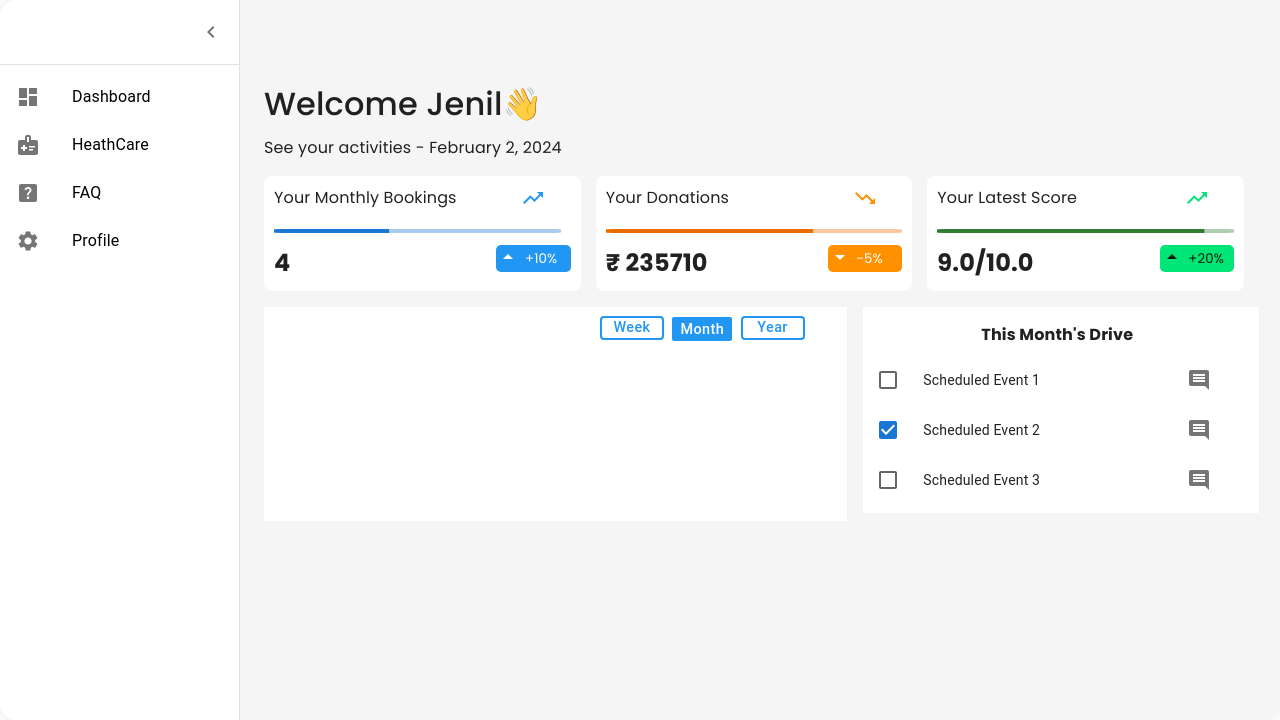
Repository: shubhampirate/Google_Solutions_Edural
Page: /dashboard
An editor plug-in stored every save of this project. The page is shown before and after the next save, followed by the edit.
The browser window is 1280 px wide. The pictures show the whole page.
The page's requests for data from a server got no answer. The project was rebuilt for these pictures with package versions that can differ from the ones it lists, and the page was loaded fresh each time. Some packages were replaced by stand-ins written for this rebuild. No one was signed in, and anything a server would have sent is missing. Also part of the build but not shown: src/Components/CustomButton.jsx, src/Components/Navbar.jsx, src/Components/Footer.jsx, src/Components/CongratsCard.jsx, src/pages/Hero/Hero.jsx, src/pages/Sign_in.jsx.

Above is the page before, as saved 2024-02-03 17:44:18.

### src/index.js
import React from "react";
import ReactDOM from "react-dom/client";
import "./index.css";
import { GoogleOAuthProvider } from '@react-oauth/google';
import App from "./App";
import { BrowserRouter } from "react-router-dom";
const root = ReactDOM.createRoot(
    document.getElementById("root"));
root.render(
    <BrowserRouter>
<GoogleOAuthProvider clientId="730379698185-cv7a59sok9sod43v04ee6g6pt4gtaea2.apps.googleusercontent.com">
        {/* <React.StrictMode> */}
            <App />
        {/* </React.StrictMode> */}
    </GoogleOAuthProvider>
    </BrowserRouter>

);

### src/App.jsx
import Hero from "./pages/Hero/Hero";
import Dashboard from "./pages/Dashboard/Dashboard";
import SignIn from "./pages/Sign_in";
import {useState} from "react";
import { Route, Routes } from "react-router-dom";
function App() {
  return (
    <>
      {/* <Hero />   */}
      {/* <SignIn /> */}
      <Routes>
        <Route path="/signin" element={<><SignIn /></>} />
        <Route path="/dashboard" element={<><Dashboard /></>} />
        {/* <Route path="/education" element={<><Education /></>} /> */}
        {/* <Route path="/health" element={<><Health /></>} /> */}
        {/* <Route path="/profile" element={<><Profile /></>} /> */}
        {/* <Route path="/finance" element={<><Finance /></>} /> */}
        {/* <Route path="/questions" element={<><Questions /></>} /> */}
        {/* <Route path="/retireaibot" element={<><Bot /></>} /> */}
        <Route path="/" element={<><Hero /></>} />
      </Routes>
         </>
  );
}

export default App;

### src/pages/Dashboard/Dashboard.jsx
import * as React from 'react';
import { styled, createTheme, ThemeProvider } from '@mui/material/styles';
import CssBaseline from '@mui/material/CssBaseline';
import MuiDrawer from '@mui/material/Drawer';
import Box from '@mui/material/Box';
import MuiAppBar from '@mui/material/AppBar';
import Toolbar from '@mui/material/Toolbar';
import {
  LinearProgress, ListItem, CircularProgress, Checkbox, ListItemText, Dialog, DialogActions, DialogContent,
  DialogContentText, DialogTitle, ListItemIcon, ListItemButton
} from '@mui/material';
import TrendingUpIcon from '@mui/icons-material/TrendingUp';
// import { PieChart } from '@mui/x-charts/PieChart';
// import { useDrawingArea } from '@mui/x-charts/hooks';
import TrendingDownIcon from '@mui/icons-material/TrendingDown';
import List from '@mui/material/List';
import Divider from '@mui/material/Divider';
import IconButton from '@mui/material/IconButton';
import ArrowDropUpIcon from '@mui/icons-material/ArrowDropUp';
import ArrowDropDownIcon from '@mui/icons-material/ArrowDropDown';
import Grid from '@mui/material/Grid';
import MenuIcon from '@mui/icons-material/Menu';
import ChevronLeftIcon from '@mui/icons-material/ChevronLeft';
import { mainListItems } from '../../Components/listItems';
import axios from 'axios';
import Button from '@mui/material/Button';
import CommentIcon from '@mui/icons-material/Comment';
import Swal from 'sweetalert2';
import { useState } from 'react';
import { useEffect } from 'react';
// import { Bar } from "react-chartjs-2";
// import { BarElement, CategoryScale, Chart as ChartJS, Legend, LinearScale, Title, Tooltip } from "chart.js";
// import GoogleTranslateComponent from '../../Components/GoogleTranslateComponent';
// import csacc from "../../media/csacc.png"
// import creditscoremodel from "../../media/creditscoremodel.png"
// import creditflow from "../../media/creditflowchart.png"
// ChartJS.register(CategoryScale, LinearScale, BarElement, Title, Tooltip, Legend);

const drawerWidth = 240;

const AppBar = styled(MuiAppBar, {
  shouldForwardProp: (prop) => prop !== 'open',
})(({ theme, open }) => ({
  zIndex: theme.zIndex.drawer + 1,
  transition: theme.transitions.create(['width', 'margin'], {
    easing: theme.transitions.easing.sharp,
    duration: theme.transitions.duration.leavingScreen,
  }),
  ...(open && {
    marginLeft: drawerWidth,
    width: `calc(100% - ${drawerWidth}px)`,
    transition: theme.transitions.create(['width', 'margin'], {
      easing: theme.transitions.easing.sharp,
      duration: theme.transitions.duration.enteringScreen,
    }),
  }),
}));

const Drawer = styled(MuiDrawer, { shouldForwardProp: (prop) => prop !== 'open' })(
  ({ theme, open }) => ({
    '& .MuiDrawer-paper': {
      position: 'relative',
      whiteSpace: 'nowrap',
      width: drawerWidth,
      transition: theme.transitions.create('width', {
        easing: theme.transitions.easing.sharp,
        duration: theme.transitions.duration.enteringScreen,
      }),
      boxSizing: 'border-box',
      ...(!open && {
        overflowX: 'hidden',
        transition: theme.transitions.create('width', {
          easing: theme.transitions.easing.sharp,
          duration: theme.transitions.duration.leavingScreen,
        }),
        width: theme.spacing(7),
        [theme.breakpoints.up('sm')]: {
          width: theme.spacing(9),
        },
      }),
    },
  }),
);

var currentDate = new Date();

var months = [
  "January", "February", "March", "April", "May", "June",
  "July", "August", "September", "October", "November", "December"
];

var formattedDate = months[currentDate.getMonth()] + " " + currentDate.getDate() + ", " + currentDate.getFullYear();

const defaultTheme = createTheme();

export default function Dashboard() {
  const [open, setOpen] = React.useState(true);
  const toggleDrawer = () => {
    setOpen(!open);
  };

  const [expensedata, setExpensedata] = useState([])

  useEffect(() => {
    loadList();
  }, []);


  const loadList = async () => {
    const result = await axios.get(`https://wixstocle.pythonanywhere.com/api/expense/`, {
      headers: { "Authorization": `Token 11c868750d92deda81638c5a9a59177bdc7ae41a` },
    });
    console.log(result.data.data);
    setExpensedata(result.data.data);
  }

  const getLabels = () => expensedata.slice(-5).map(data => data.date);

  const getData = (key) => expensedata.slice(-5).map(data => data[key]);

  const optionsexpense = {
    indexAxis: 'x',
    elements: {
      bar: {
        borderWidth: 0,
      },
    },
    responsive: true,
    interaction: {
      mode: 'index',
      intersect: false,
    },
    scales: {
      x: {
        stacked: false,
      },
      y: {
        stacked: false,
      },
    },
    plugins: {
      legend: {
        position: 'top',
      }
    },
  };

  const dataexpense = {
    labels: getLabels(),
    datasets: [
      {
        label: 'Revenue',
        data: getData('income'),
        backgroundColor: '#2196f3',
      },
      {
        label: 'Spendings',
        data: getData('expense'),
        backgroundColor: '#ff9100',
      },
      {
        label: 'Savings',
        data: getData('savings'),
        backgroundColor: '#00e676',
      },
    ],
  };

  const today = new Date();
  const year = today.getFullYear();
  const month = String(today.getMonth() + 1).padStart(2, '0'); // Months are zero-based
  const day = String(today.getDate()).padStart(2, '0');

  const todayDate = `${year}-${month}-${day}`;

  const [userData, setUserData] = React.useState({
    income: '',
    savings: '',
    expense: '',
    date: todayDate,
    user: "tony@gmail.com"
  });

  const handleChangePlan = (field, value) => {
    setUserData((prevData) => ({ ...prevData, [field]: value }));
  };
  const creditscore = 87.4;

  const handlePostData = () => {
    console.log(userData);
    fetch(`https://wixstocle.pythonanywhere.com/api/expense/`, {
      method: 'POST',
      headers: {
        "Authorization": `Token 11c868750d92deda81638c5a9a59177bdc7ae41a`,
        'Content-Type': 'application/json',
      },
      body: JSON.stringify(userData),
    })
      .then((response) => response.json())
      .then((data) => {
        // console.log(data);
        if (data.status == true) {
          Swal.fire({
            icon: 'success',
            title: 'Successfully Saved the details',
            showConfirmButton: false,
            timer: 3000
          })
          setExpensedata([...expensedata, userData]);
        }
        else {
          Swal.fire({
            icon: 'error',
            title: data.message,
            showConfirmButton: false,
            timer: 3000
          })
        }
      });
  };


//   function PieCenterLabel({ children }) {
//     const { width, height, left, top } = useDrawingArea();
//     return (
//       <StyledText x={left + width / 2} y={top + height / 2}>
//         {children}
//       </StyledText>
//     );
//   }

  const [checked, setChecked] = React.useState([1]);

  const handleToggle = (value) => () => {
    const currentIndex = checked.indexOf(value);
    const newChecked = [...checked];

    if (currentIndex === -1) {
      newChecked.push(value);
    } else {
      newChecked.splice(currentIndex, 1);
    }

    setChecked(newChecked);
  };
  return (
    <ThemeProvider theme={defaultTheme}>
      <Box sx={{ display: 'flex', borderRadius: '16px', overflow: 'hidden', boxShadow: '0px 0px 10px rgba(0, 0, 0, 0.1)' }} >
        <CssBaseline />
        <AppBar position="absolute" open={open} sx={{ backgroundColor: "whitesmoke", boxShadow: 'none' }}>
          <Toolbar
            sx={{
              pr: '24px', // keep right padding when drawer closed
              display: 'flex',
              alignItems: 'center',
              justifyContent: 'space-between',
            }}>
            <Box sx={{ display: 'flex', alignItems: 'center' }}>
              <IconButton
                edge="start"
                aria-label="open drawer"
                onClick={toggleDrawer}
                sx={{
                  marginRight: '36px',
                  ...(open && { display: 'none' }),
                  backgroundColor: "#fff"
                }}>
                <MenuIcon />
              </IconButton>
            </Box>
          </Toolbar>
        </AppBar>
        <Drawer variant="permanent" open={open}>
          <Toolbar
            sx={{
              display: 'flex',
              alignItems: 'center',
              justifyContent: 'flex-end',
              px: [1],
            }}
          >
            {/* <GoogleTranslateComponent /> */}
            <IconButton onClick={toggleDrawer}>
              <ChevronLeftIcon />
            </IconButton>
          </Toolbar>
          <Divider />
          <List component="nav">
            {mainListItems}
          </List>
        </Drawer>
        <Box
          component="main"
          sx={{
            backgroundColor: (theme) =>
              theme.palette.mode === 'light'
                ? theme.palette.grey[100]
                : theme.palette.grey[900],
            flexGrow: 1,
            height: '100vh',
            overflow: 'auto',
          }}>
          <Toolbar />
          <Grid container spacing={2} marginTop="0.02rem" paddingLeft={3} paddingRight={2}>
            <Grid item xs={12}>
              <div style={{ fontSize: "2rem", fontWeight: "500" }}>Welcome Jenil👋  </div>
            </Grid>
            <Grid item xs={12} marginTop="-0.5rem">
              <div> See your activities - {formattedDate} </div>
            </Grid>
          </Grid>
          <Grid container spacing={2} marginTop="1rem" paddingLeft={5} paddingRight={2}>
            <Grid item xs={12} md={3.8} style={{ backgroundColor: "white", padding: "10px", marginRight: "15px", borderRadius: "0.5rem" }}>
              <Grid item xs={12}>
                <Grid container>
                  <Grid item xs={10}><div>Your Monthly Bookings</div></Grid>
                  <Grid item xs={2}><TrendingUpIcon sx={{ color: "#2196f3" }} /></Grid>
                </Grid>
                <Grid item xs={12}>
                  <LinearProgress variant="determinate" value={40} sx={{ color: "#2196f3", borderRadius: "10%", margin: "12px 10px 12px 0px" }} />
                </Grid>
                <Grid item xs={12}>
                  <Grid container>
                    <Grid item xs={9}>
                       <div style={{ fontSize: "1.5rem", fontWeight: "550" }}> 4</div>
                    </Grid>
                    <Grid item xs={3} style={{ backgroundColor: "#2196f3", color: "white", borderRadius: "5px", height: "1.65rem" }}>
                      <ArrowDropUpIcon /> <sup>+10%</sup>
                    </Grid>
                  </Grid>
                </Grid>
              </Grid>
            </Grid>
            <Grid item xs={12} md={3.8} style={{ backgroundColor: "white", padding: "10px", marginRight: "15px", borderRadius: "0.5rem" }}>
              <Grid item xs={12}>
                <Grid container>
                  <Grid item xs={10}><div>Your Donations</div></Grid>
                  <Grid item xs={2}><TrendingDownIcon sx={{ color: "#ff9100" }} /></Grid>
                </Grid>
                <Grid item xs={12}>
                  <LinearProgress variant="determinate" value={70} color='warning' sx={{ borderRadius: "10%", margin: "12px 0px" }} />
                </Grid>
                <Grid item xs={12}>
                  <Grid container>
                    <Grid item xs={9}>
                   <div style={{ fontSize: "1.5rem", fontWeight: "550" }}>₹ 235710</div>
                    </Grid>
                    <Grid item xs={3} style={{ backgroundColor: "#ff9100", color: "white", borderRadius: "5px", height: "1.65rem" }}>
                      <ArrowDropDownIcon /> <sup>-5%</sup>
                    </Grid>
                  </Grid>
                </Grid>
              </Grid>
            </Grid>
            <Grid item xs={12} md={3.8} style={{ backgroundColor: "white", padding: "10px", marginRight: "15px", borderRadius: "0.5rem" }}>
              <Grid item xs={12}>
                <Grid container>
                  <Grid item xs={10}><div>Your Latest Score</div></Grid>
                  <Grid item xs={2}><TrendingUpIcon sx={{ color: "#00e676" }} /></Grid>
                </Grid>
                <Grid item xs={12}>
                  <LinearProgress variant="determinate" value={90} color="success" style={{ borderRadius: "10%", margin: "12px 0px" }} />
                </Grid>
                <Grid item xs={12}>
                  <Grid container>
                    <Grid item xs={9}>
 <div style={{ fontSize: "1.5rem", fontWeight: "550" }}> 9.0/10.0</div>
                    </Grid>
                    <Grid item xs={3} style={{ backgroundColor: "#00e676", borderRadius: "5px", height: "1.65rem" }}>
                      <ArrowDropUpIcon /> <sup>+20%</sup>
                    </Grid>
                  </Grid>
                </Grid>
              </Grid>
            </Grid>
            {/* <Grid item xs={12} md={2.5} style={{ backgroundColor: "white", padding: "10px", borderRadius: "0.5rem" }}> */}
              {/* <Grid container spacing={2}> */}
                {/* <Grid item xs={12}>Today's Savings Deal</Grid> */}
                {/* <Grid item xs={12}>
                  <LinearProgress variant="determinate" value={0} color='secondary' sx={{ borderRadius: "10%", margin: "3px 0px" }} />
                </Grid> */}
                {/* <Grid item xs={12} sx={{ fontWeight: "550", marginTop: "-10px" }}>Buy Doctor Shoes from Amazon and save over <br />₹ 1500</Grid> */}
              {/* </Grid> */}
            {/* </Grid> */}
          </Grid>
          <Grid container spacing={2} marginTop="1rem" paddingLeft={5} paddingRight={2} marginBottom={2}>
            <Grid item xs={7} sx={{ backgroundColor: "white", padding: "5px", marginRight: "1rem" }}>
              <Grid container spacing={2} padding={1}>
                <Grid xs={7}></Grid>
                <Grid xs={1.5}><Button style={{
                  borderColor: "#2196f3", color: "#2196f3", height: "1.5rem", textTransform: "capitalize",
                  fontSize: "0.9rem", border: "2px solid", textAlign: "left"
                }}>Week</Button></Grid>
                <Grid xs={1.5}><Button style={{
                  backgroundColor: "#2196f3", color: "white", height: "1.75rem", textTransform: "capitalize",
                  fontSize: "0.9rem", border: "2px solid", textAlign: "left"
                }}>Month</Button></Grid>
                <Grid xs={1}><Button style={{
                  borderColor: "#2196f3", color: "#2196f3", height: "1.5rem", textTransform: "capitalize",
                  fontSize: "0.9rem", border: "2px solid", textAlign: "left"
                }}>Year</Button></Grid>
                <Grid xs={12} marginTop={2}>
                  {/* <Bar options={optionsexpense} data={dataexpense} /> */}
                </Grid>
              </Grid>
            </Grid>
            <Grid item xs={4.75} >
              <Grid container spacing={2} >

                <Grid item xs={12}>
                  <Grid container spacing={2} sx={{ backgroundColor: "white", marginBottom: "0.5rem" }}>
                    <Grid item xs={12} style={{ textAlign: "center", marginLeft: "-0.75rem", fontWeight: "600" }}>This Month's Drive</Grid>
                    <List sx={{ width: '100%', maxWidth: 360, bgcolor: 'background.paper' }}>
                      {[0, 1, 2].map((value) => {
                        const labelId = `checkbox-list-label-${value}`;
                        return (
                          <ListItem
                            key={value}
                            secondaryAction={
                              <IconButton edge="end" aria-label="comments">
                                <CommentIcon />
                              </IconButton>
                            }
                            disablePadding
                          >
                            <ListItemButton role={undefined} onClick={handleToggle(value)} dense>
                              <ListItemIcon>
                                <Checkbox
                                  edge="start"
                                  checked={checked.indexOf(value) !== -1}
                                  tabIndex={-1}
                                  disableRipple
                                  inputProps={{ 'aria-labelledby': labelId }}
                                />
                              </ListItemIcon>
                              <ListItemText id={labelId} style={{ marginLeft: "-0.75rem" }} primary={`Scheduled Event ${value + 1}`} />
                            </ListItemButton>
                          </ListItem>
                        );
                      })}
                    </List>
                  </Grid>
                </Grid>
              </Grid>
            </Grid>
          </Grid>

        </Box>
      </Box >
    </ThemeProvider >
  );
}

### src/Components/listItems.jsx
import * as React from 'react';
import ListItemButton from '@mui/material/ListItemButton';
import ListItemIcon from '@mui/material/ListItemIcon';
import ListItemText from '@mui/material/ListItemText';
import DashboardIcon from '@mui/icons-material/Dashboard';
import MedicalInformationIcon from '@mui/icons-material/MedicalInformation';
import SavingsIcon from '@mui/icons-material/Savings';
import SchoolIcon from '@mui/icons-material/School';
import HelpCenterIcon from '@mui/icons-material/HelpCenter';
import SettingsIcon from '@mui/icons-material/Settings';
import SmartToyIcon from '@mui/icons-material/SmartToy';
import { Link } from 'react-router-dom';
// import GoogleTranslateComponent from './GoogleTranslateComponent';


export const mainListItems = (
  <>
    <React.Fragment>
      <Link to="/dashboard" style={{ textDecoration: "none", color: "black" }}>
        <ListItemButton>
          <ListItemIcon>
            <DashboardIcon />
          </ListItemIcon>
          <ListItemText primary="Dashboard" />
        </ListItemButton>
      </Link>
      <Link to="/health" style={{ textDecoration: "none", color: "black" }}>
        <ListItemButton>
          <ListItemIcon>
            <MedicalInformationIcon />
          </ListItemIcon>
          <ListItemText primary="HeathCare" />
        </ListItemButton>
      </Link>
      {/* <Link to="/finance" style={{ textDecoration: "none", color: "black" }}>
        <ListItemButton>
          <ListItemIcon>
            <SavingsIcon />
          </ListItemIcon>
          <ListItemText primary="Finance Planning" />
        </ListItemButton>
      </Link> */}
      {/* <Link to="/education" style={{ textDecoration: "none", color: "black" }}>
        <ListItemButton>
          <ListItemIcon>
            <SchoolIcon />
          </ListItemIcon>
          <ListItemText primary="Educational Service" />
        </ListItemButton>
      </Link> */}
      <Link to="/questions" style={{ textDecoration: "none", color: "black" }}>
        <ListItemButton>
          <ListItemIcon>
            <HelpCenterIcon />
          </ListItemIcon>
          <ListItemText primary="FAQ" />
        </ListItemButton>
      </Link>
      <Link to="/profile" style={{ textDecoration: "none", color: "black" }}>
        <ListItemButton>
          <ListItemIcon>
            <SettingsIcon />
          </ListItemIcon>
          <ListItemText primary="Profile" />
        </ListItemButton>
      </Link>
      {/* <Link to="/retireaibot" style={{ textDecoration: "none", color: "black" }}>
        <ListItemButton>
          <ListItemIcon>
            <SmartToyIcon />
          </ListItemIcon>
          <ListItemText primary="Retire AI Bot" />
        </ListItemButton>
      </Link> */}
    </React.Fragment >
  </>
);

// export const secondaryListItems = (
//   <React.Fragment>
//     <ListSubheader component="div" inset>
//       Saved reports
//     </ListSubheader>
//     <ListItemButton>
//       <ListItemIcon>
//         <AssignmentIcon />
//       </ListItemIcon>
//       <ListItemText primary="Current month" />
//     </ListItemButton>
//     <ListItemButton>
//       <ListItemIcon>
//         <AssignmentIcon />
//       </ListItemIcon>
//       <ListItemText primary="Last quarter" />
//     </ListItemButton>
//     <ListItemButton>
//       <ListItemIcon>
//         <AssignmentIcon />
//       </ListItemIcon>
//       <ListItemText primary="Year-end sale" />
//     </ListItemButton>
//   </React.Fragment>
// );

Loaded but not shown: public/index.html (common file); src/index.css (common file)

After the next save:
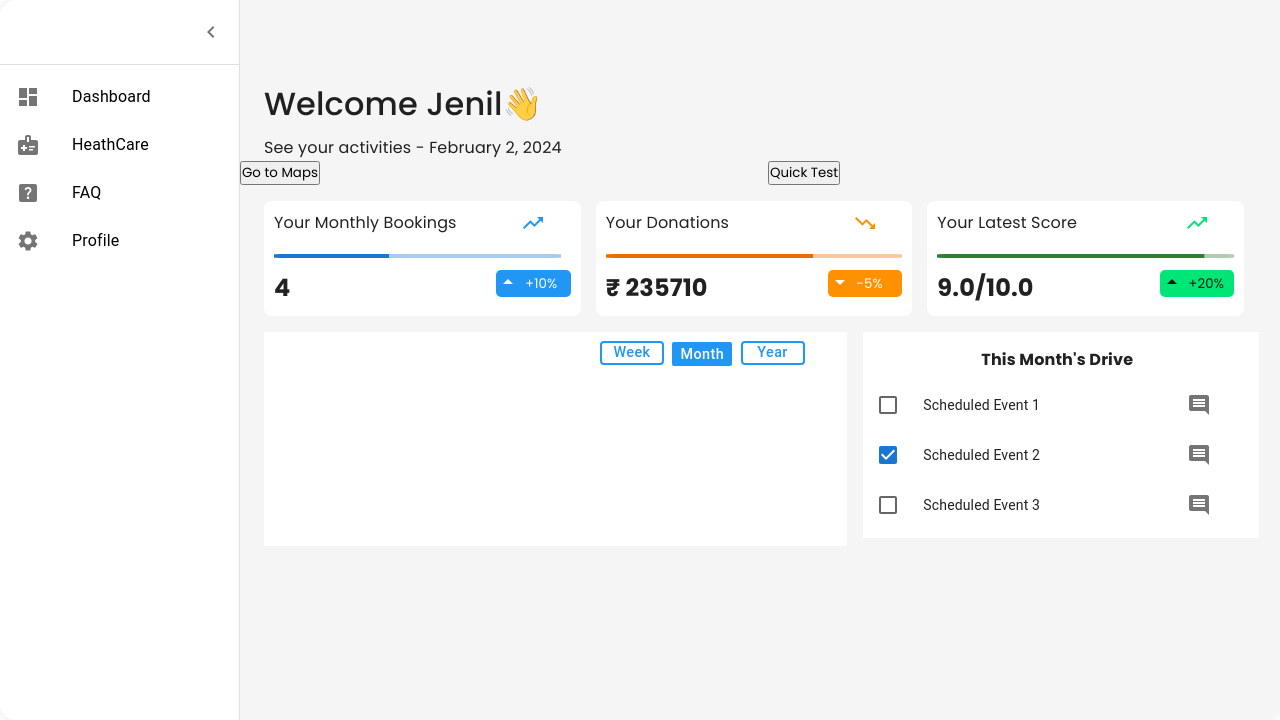
Saved 3 min 41 s later.
--- a/src/pages/Dashboard/Dashboard.jsx
+++ b/src/pages/Dashboard/Dashboard.jsx
@@ -309,6 +309,14 @@ export default function Dashboard() {
               <div> See your activities - {formattedDate} </div>
             </Grid>
           </Grid>
+          <Grid container spacing={2}>
+        <Grid item xs={6}>
+          <button style={{ /* Add your button styles */ }}>Go to Maps</button>
+        </Grid>
+        <Grid item xs={6}>
+          <button style={{ /* Add your button styles */ }}>Quick Test</button>
+        </Grid>
+      </Grid>
           <Grid container spacing={2} marginTop="1rem" paddingLeft={5} paddingRight={2}>
             <Grid item xs={12} md={3.8} style={{ backgroundColor: "white", padding: "10px", marginRight: "15px", borderRadius: "0.5rem" }}>
               <Grid item xs={12}>
